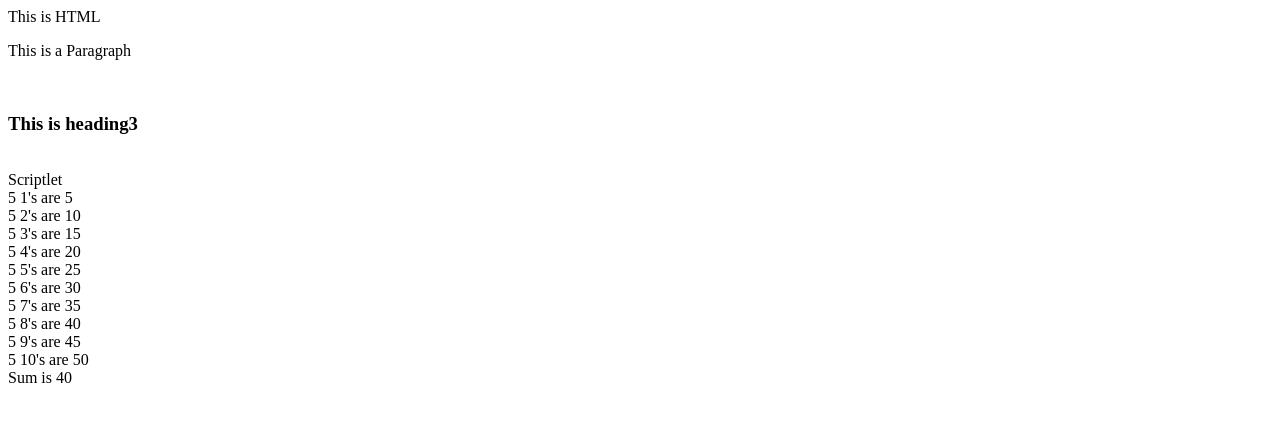
Repository: Lokeswari19/JavaExamples
Page: http://localhost/Session12/myjsp1.jsp
These files come from the project's save history. The page is drawn as it stood at one moment and after the next save; the edit follows.
The browser window is 1280 px wide. The pictures show the whole page.
The page is served by Tomcat 9. Other server files are loaded and not shown.

Above is the page before, as saved 2018-02-21 20:20:39.

### Session12/WebContent/myjsp1.jsp
<%@ page language="java" contentType="text/html; charset=ISO-8859-1"
    pageEncoding="ISO-8859-1"%>
<!DOCTYPE html PUBLIC "-//W3C//DTD HTML 4.01 Transitional//EN" "http://www.w3.org/TR/html4/loose.dtd">
<html>
<head>
<meta http-equiv="Content-Type" content="text/html; charset=ISO-8859-1">
<title>Insert title here</title>
</head>
<body>
This is HTML
	<br/>
	<p>This is a Paragraph</p>
	<br/>
	 <h3>This is heading3</h3>
		<br/>

		Scriptlet
		<br/>
		<%
		//Scriptlet is a tag to write the Java code

			int num=5;
			int a =20;
			int b=20;
			int c=a+b;

			for (int i=1;i<=10;i++){
				out.print(num+"  " + i+"'s are  " +(num*i) + "<br/>");
			}

			out.print("Sum is   " + c);

		%>
</body>
</html>

After the next save:
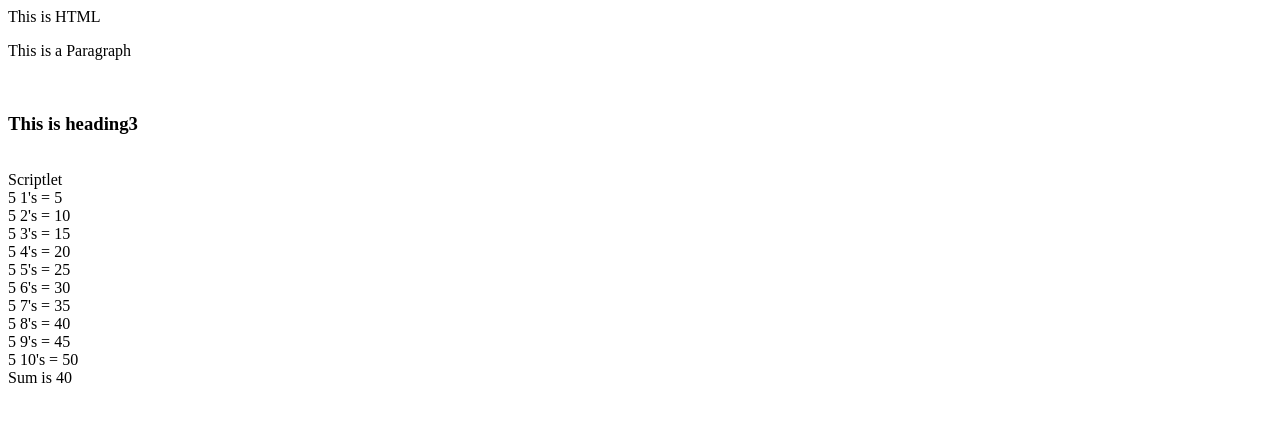
Saved 32 s later.
--- a/Session12/WebContent/myjsp1.jsp
+++ b/Session12/WebContent/myjsp1.jsp
@@ -25,7 +25,7 @@
 			int c=a+b;
 
 			for (int i=1;i<=10;i++){
-				out.print(num+"  " + i+"'s are  " +(num*i) + "<br/>");
+				out.print(num+"  " + i+"'s =  " +(num*i) + "<br/>");
 			}
 
 			out.print("Sum is   " + c);

After the save that followed:
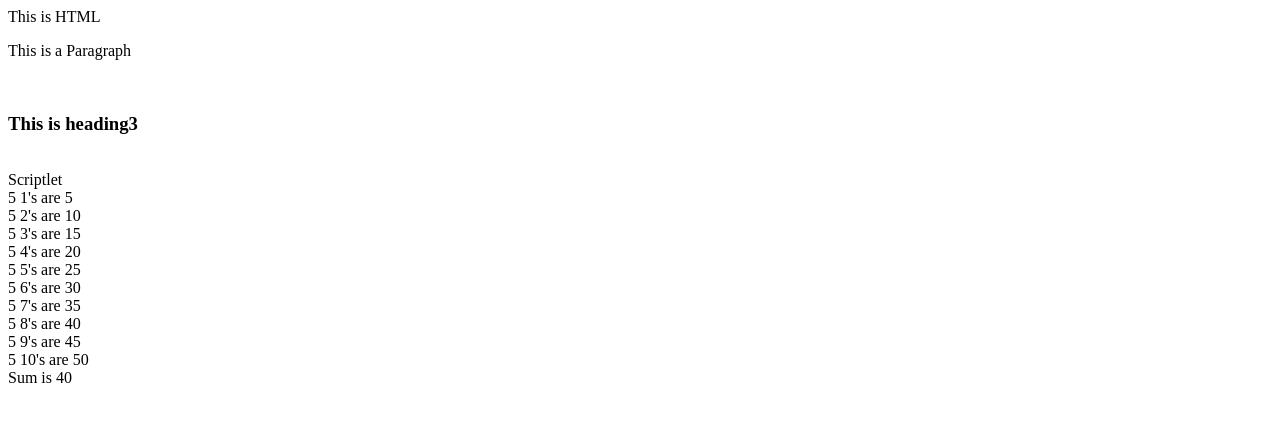
Saved 3 min 58 s later.
--- a/Session12/WebContent/myjsp1.jsp
+++ b/Session12/WebContent/myjsp1.jsp
@@ -25,7 +25,7 @@
 			int c=a+b;
 
 			for (int i=1;i<=10;i++){
-				out.print(num+"  " + i+"'s =  " +(num*i) + "<br/>");
+				out.print(num+"  " + i+"'s are  " +(num*i) + "<br/>");
 			}
 
 			out.print("Sum is   " + c);
